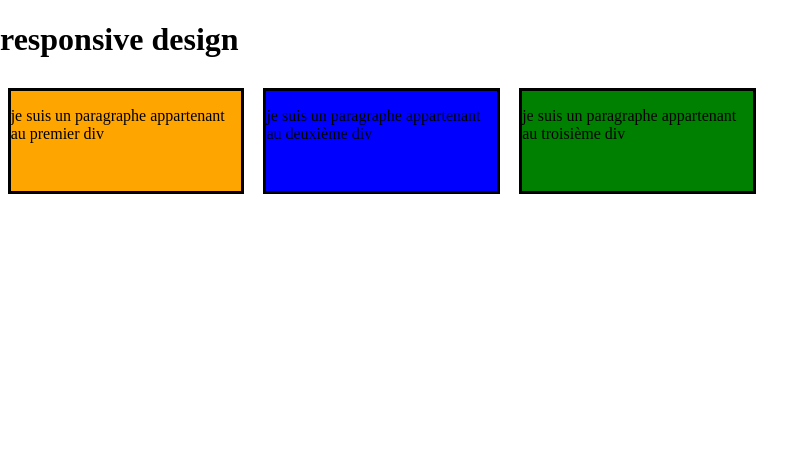
Repository: serviceshuios/Git-Aix-Web
Page: responsive-design/WebContent/index.html
These files come from the project's save history. The page is drawn as it stood at one moment and after the next save; the edit follows.
The browser window is 768 px wide. The page is 768 px wide, then 789 px, so the pictures cover 789 px, including what lies to the right of the window. The pictures show the whole page.

Above is the page before, as saved 2018-10-26 08:59:19.

### responsive-design/WebContent/index.html
<!DOCTYPE html>
<html>
	<head>
		<meta charset="utf-8"/>
		<title>RESPONSIVE DESIGN</title>
		<meta name="viewport" content="width=device-width, initial-scale=1.0"/>
		<link rel="stylesheet" href="css/style.css"/>
	</head>
	<body>
		<h1>responsive design</h1>
		<div class="div1">
			<p>je suis un paragraphe appartenant au premier div</p>
		</div>
		<div class="div2">
			<p>je suis un paragraphe appartenant au deuxième div</p>
		</div>
		<div class="div3">
			<p>je suis un paragraphe appartenant au troisième div</p>
		</div>
		<div class="footer">
			<p>je suis un pied de page</p>
		</div>
		<script src="js/script.js"></script>
	</body>
</html>

### responsive-design/WebContent/css/style.css
@charset "utf-8";
body {
	margin:0px;
	padding:0px;
}
.div1, .div2, .div3{
	display: inline-block;
	width: 30%;
	height:100px;
	border: 3px solid black;
	margin: 1%;
}

.div1{
	background-color: orange;
}

.div2{
	background-color: blue;
}

.div3{
	background-color: green;
}
.footer {
	width: 100%;
	text-align: center;
	border: 1px solid black;
	margin-top: 20px;
	background-color: gray;
}

@media screen and (max-width: 780px){
	.div1, .div2, .div3 {

	}
	.footer {
		display:none;
	}
}

Loaded but not shown: responsive-design/WebContent/js/script.js (no stored copy; drawn as an empty file)

After the next save:
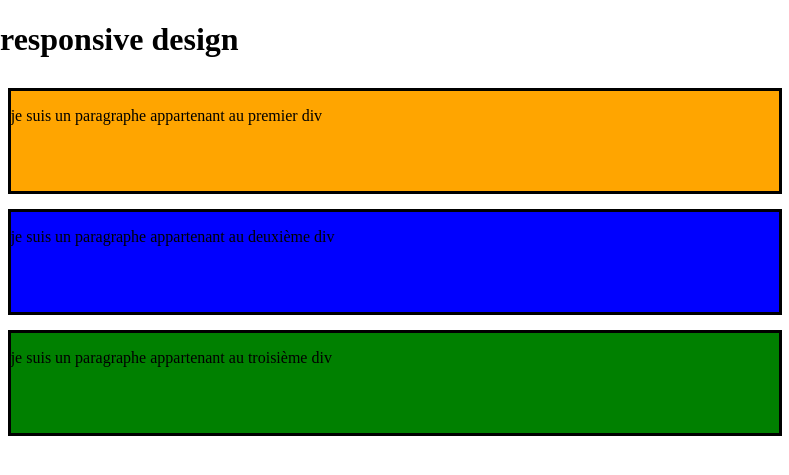
Saved 48 s later.
--- a/responsive-design/WebContent/css/style.css
+++ b/responsive-design/WebContent/css/style.css
@@ -32,7 +32,7 @@ body {
 
 @media screen and (max-width: 780px){
 	.div1, .div2, .div3 {
-
+		width: 100%;
 	}
 	.footer {
 		display:none;
